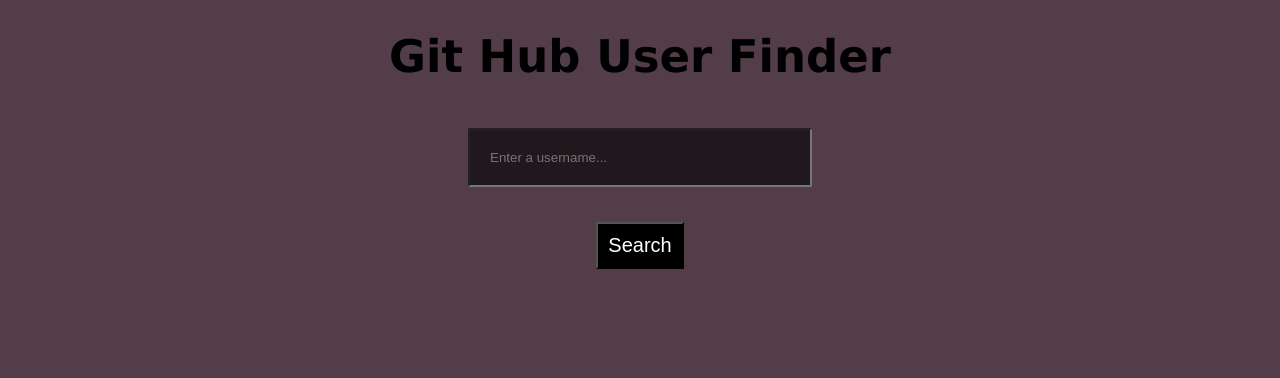
Repository: Dharshinimk-521/github-user-finder
Page: index.html
The author's editor kept a copy of each file at every save. The page is drawn from the files as they stood at one save, then again after the next save.
The browser window is 1280 px wide. The pictures show the whole page.
Some web fonts or font styles are not loaded; a fallback is used.

Above is the page before, as saved 2026-04-13 21:27:56.

After the next save:
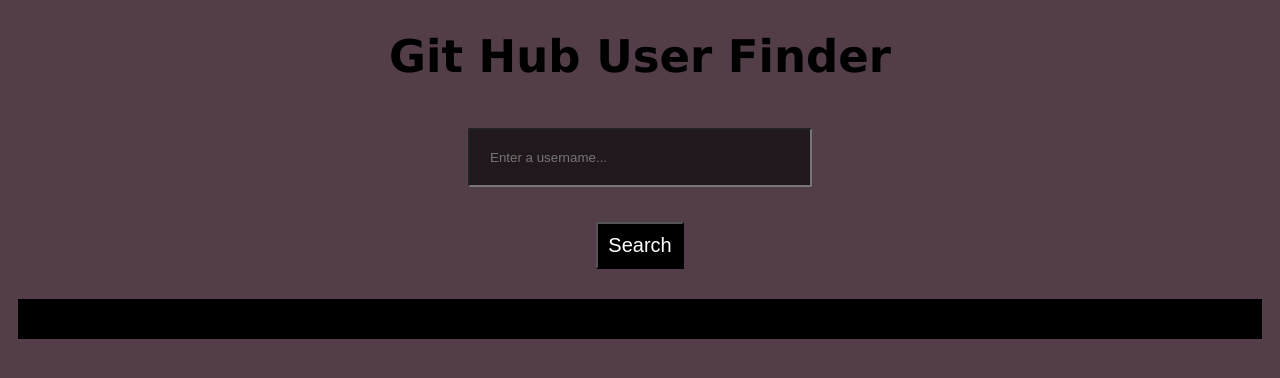
Saved 24 s later.
--- a/style.css
+++ b/style.css
@@ -31,6 +31,8 @@ body{
     font-size: 20px;
 }
 #profile{
+    margin:10px;
+    padding:20px;
     background-color: black;
     color: white;
 }
